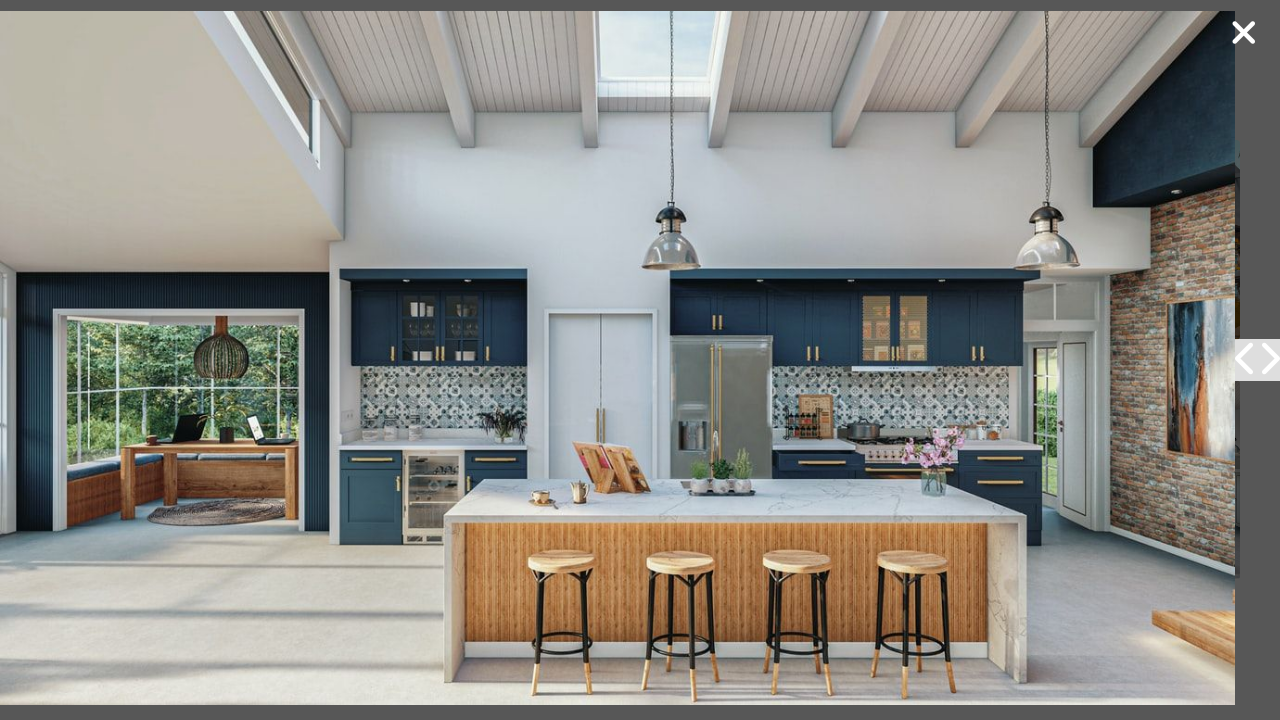
Repository: QUANGTHAI2003/images-gallery
Page: index.html
The author's editor kept a copy of each file at every save. The page is drawn from the files as they stood at one save, then again after the next save.
The browser window is 1280 px wide. The pictures show the whole page.

Above is the page before, as saved 2022-03-01 16:15:10.

After the next save:
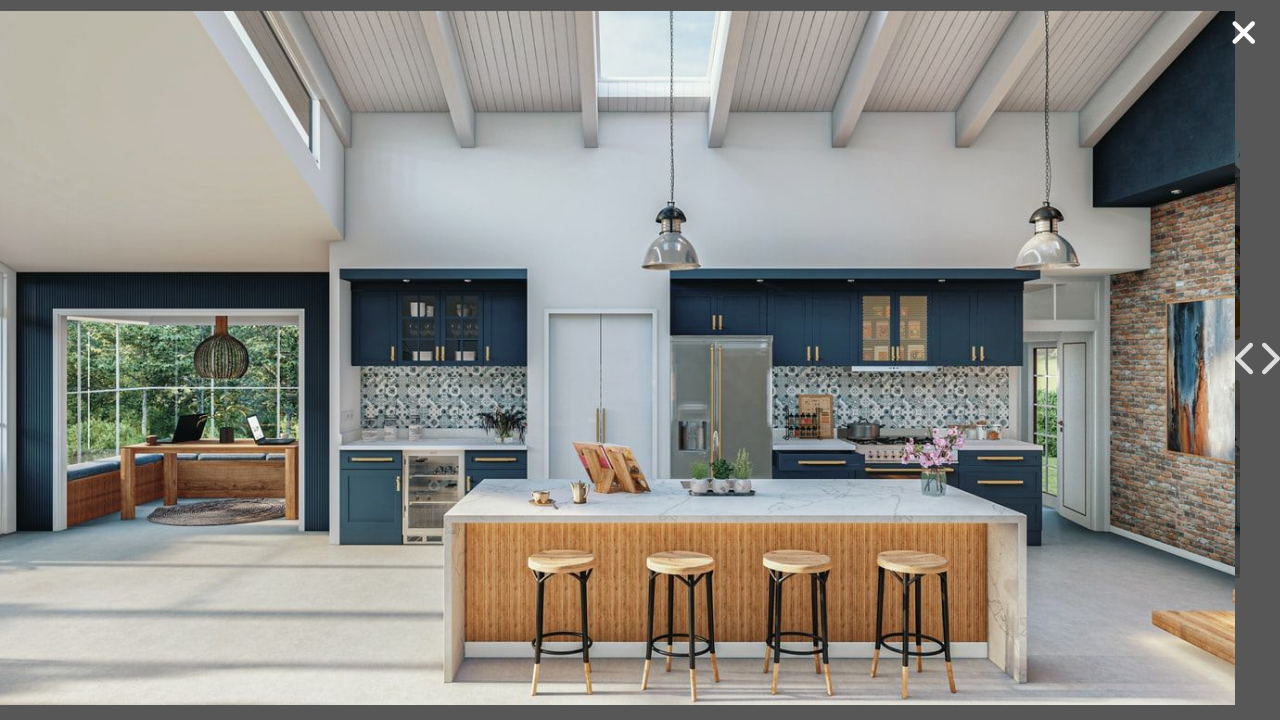
Saved 10 s later.
--- a/style.css
+++ b/style.css
@@ -61,5 +61,5 @@ img {
 
 .control {
     font-size: 36px;
-    background: rgba(255, 255, 255, 0.8);
+    color: rgba(255, 255, 255, 0.8);
 }
